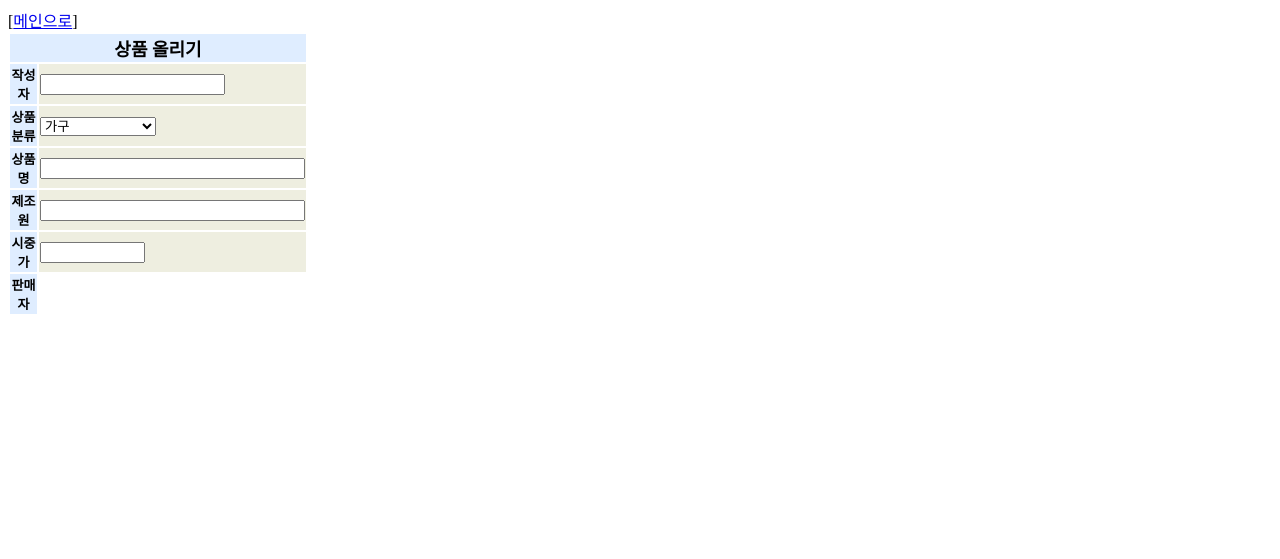
Repository: severrepair/JSPproject
Page: Shop/src/main/webapp/product_write.html
An editor plug-in stored every save of this project. The page is shown before and after the next save, followed by the edit.
The browser window is 1280 px wide. The pictures show the whole page.

Above is the page before, as saved 2022-12-02 00:55:14.

After the next save:
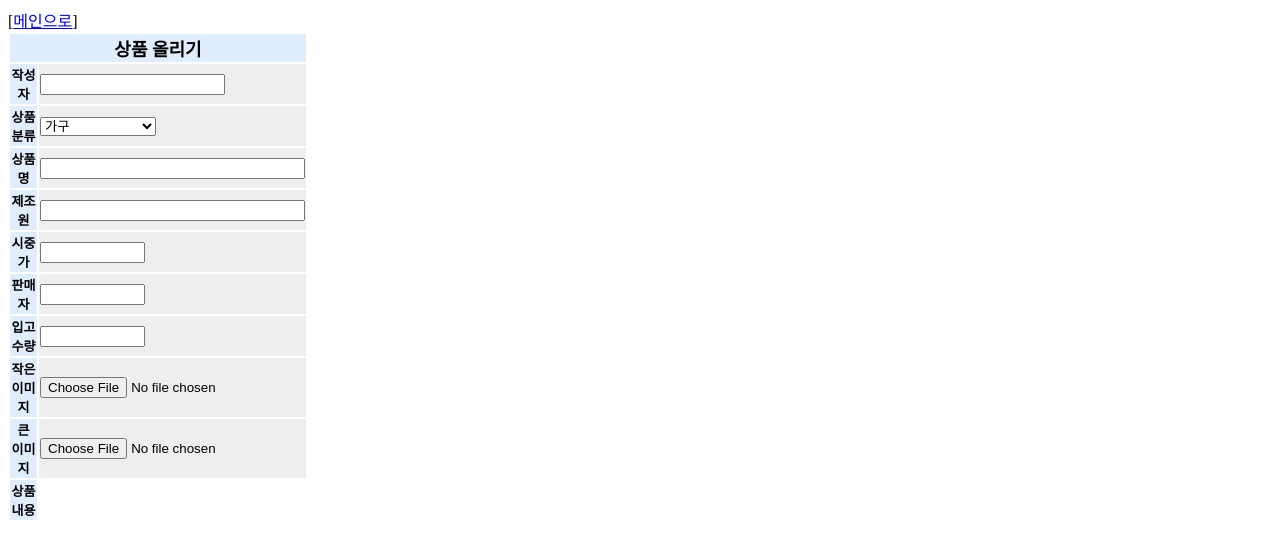
Saved 5 min 20 s later.
--- a/Shop/src/main/webapp/product_write.html
+++ b/Shop/src/main/webapp/product_write.html
@@ -30,13 +30,13 @@ function check(f) {
 	<TR>
 		<TH width=20% bgcolor=#DFEDFF>
 			<FONT size=-1 color=black>작성자</FONT></TH>
-		<TD bgcolor=#eeeee><INPUT type=text name=wname size=20>
+		<TD bgcolor=#eeeeee><INPUT type=text name=wname size=20>
 		</TD>
 	</TR>
 	<TR>
 		<TH width=20% bgcolor=#DFEDFF>
 			<FONT size=-1 color=black>상품 분류</FONT></TH>
-		<TD bgcolor=#eeeee>
+		<TD bgcolor=#eeeeee>
 			<FONT size=-1 color=white>
 				<SELECT name=category size=1>
 					<OPTION value=11>가구
@@ -54,21 +54,21 @@ function check(f) {
 	<TR>
 		<TH width=20% bgcolor=#DFEDFF>
 			<FONT size=-1 color=black>상품명</FONT></TH>
-		<TD bgcolor=#eeeee>
+		<TD bgcolor=#eeeeee>
 			<INPUT type=text name=pname size=30>
 		</TD>
 	</TR>
 	<TR>
 		<TH width=20% bgcolor=#DFEDFF>
 			<FONT size=-1 color=black>제조원</FONT></TH>
-		<TD bgcolor=#eeeee>
+		<TD bgcolor=#eeeeee>
 			<INPUT type=text name=sname size=30>
 		</TD>
 	</TR>
 	<TR>
 	<TH width=20% bgcolor=#DFEDFF>
 		<FONT size=-1 color=black>시중가</FONT></TH>
-		<TD bgcolor=#eeeee>
+		<TD bgcolor=#eeeeee>
 			<INPUT type=text name=price size=10>
 		</TD>
 	</TR>
@@ -76,6 +76,37 @@ function check(f) {
 		<TH width=20% bgcolor=#DFEDFF>
 			<FONT size=-1 color=black>판매자</FONT>
 		</TH>
+		<TD bgcolor=#eeeeee>
+			<INPUT type=text name=dprice size=10>
+		</TD>
+	</TR>
+	<TR>
+		<TH width=20% bgcolor=#DFEDFF>
+			<FONT size=-1 color=black>입고수량</FONT>
+		</TH>
+		<TD bgcolor=#eeeeee>
+			<INPUT type=text name=stock size=10>
+		</TD>
+	</TR>
+	<TR>
+		<TH width=20% bgcolor=#DFEDFF>
+			<FONT size=-1 color=black>작은 이미지</FONT>
+		</TH>
+		<TD bgcolor=#eeeeee>
+			<INPUT type=file name=small size=30>
+		</TD>
+	</TR>
+	<TR>
+		<TH width=20% bgcolor=#DFEDFF>
+			<FONT size=-1 color=black>큰 이미지</FONT>
+		</TH>
+		<TD bgcolor=#eeeeee>
+			<INPUT type=file name=large size=30>
+		</TD>
+	</TR>
+	<TR>
+		<TH bgcolor=#DFEDFF>
+			<FONT size=-1 color=black>상품 내용</FONT>
 	</TR>
 
 
